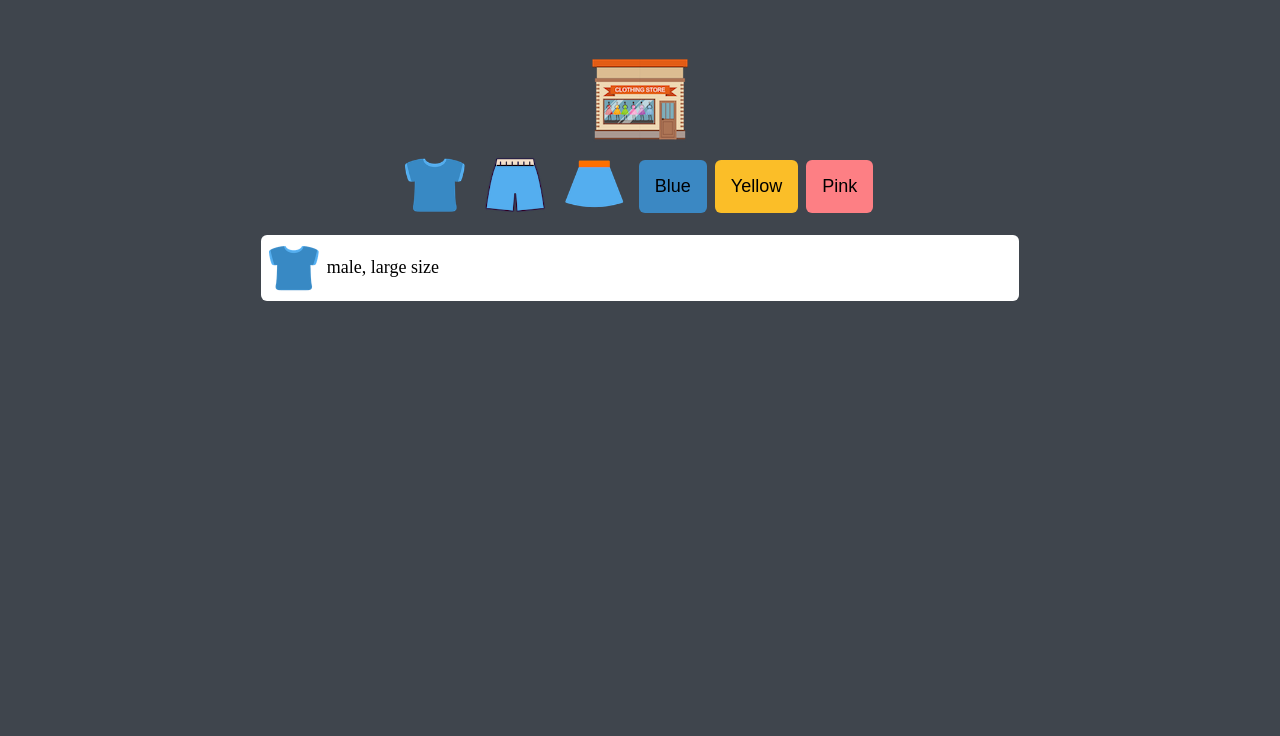
Repository: keehoonjung/Shoppingmall-Game
Page: index.html
These files come from the project's save history. The page is drawn as it stood at one moment and after the next save; the edit follows.
The browser window is 1280 px wide. The pictures show the whole page.
An inner scrolling area shows only its first screen.

Above is the page before, as saved 2021-08-12 20:22:43.

### index.html
<!DOCTYPE html>
<html lang="en">
<head>
    <meta charset="UTF-8">
    <meta http-equiv="X-UA-Compatible" content="IE=edge">
    <meta name="viewport" content="width=device-width, initial-scale=1.0">
    <title>Shoppingamll Game</title>
    <link rel="stylesheet" href="style.css">
    <script src="main.js" defer></script>
</head>
<body>
    <!-- Logo -->
    <img src="./img/logo.png" alt="header" class="logo" />

    <!-- buttons -->
    <section class="buttons">
        <button class="button">
            <img src="./img/blue_t.png" alt="shirt" class="imgBtn">
        </button>
        <button class="button">
            <img src="./img/blue_p.png" alt="pants" class="imgBtn">
        </button>
        <button class="button">
            <img src="./img/blue_s.png" alt="" class="imgBtn">
        </button>
        <button class="button colorBtn blue">
            Blue
        </button>
        <button class="button colorBtn yellow">
            Yellow
        </button>
        <button class="button colorBtn pink">
            Pink
        </button>
    </section>

    <!-- items -->
    <ul class="items">
        <li class="item" data-type="shirt" data-color="blue">
            <img src="./img/blue_t.png" alt="blueshirt" class="item__thumbnail">
            <span class="item__description">male, large size</span>
        </li>
    </ul>
</body>
</html>

### style.css
:root {
  /* color */
  --color-white: #ffffff;
  --color-dark-grey: #3f454d;
  --color-blue: #3b88c3;
  --color-orange: #fbbe28;
  --color-pink: #fd7f84;

  /* size */
  --size-button: 60px;
  --size-thumbnail: 50px;
  --font-size: 18px;
  --base-space: 8px;
  --border-size: 6px;

  /* animatione */
  --animation-duration: 300ms;
}

body {
  height: 100vh;
  background-color: var(--color-dark-grey);
  display: flex;
  flex-direction: column;
  justify-content: center;
  align-items: center;
}

.logo {
  cursor: pointer;
  transition: transform var(--animation-duration) ease-in;
}

.buttons {
  display: flex;
  align-items: center;
  justify-content: center;
}

.button {
  outline: none;
  border: none;
  background-color: transparent;
  margin-right: var(--base-space);
  border-radius: var(--border-size);
  cursor: pointer;
  transition: transform var(--animation-duration) ease-in;
}

.header__logo:hover,
.button:hover {
  transform: scale(1.1);
}

.imgBtn {
  width: var(--size-button);
}

.colorBtn {
  font-size: var(--font-size);
  padding: calc(var(--base-space) * 2);
}

.blue {
  background-color: var(--color-blue);
}

.yellow {
  background-color: var(--color-orange);
}

.pink {
  background-color: var(--color-pink);
}

.items {
  overflow-y: auto;
  width: 60%;
  height: 60%;
  padding-left: 0;
  list-style: none;
}

.item {
  background-color: var(--color-white);
  display: flex;
  align-items: center;
  margin-bottom: var(--base-space);
  border-radius: var(--border-size);
  padding: var(--base-space);
}

.item__thumbnail {
  width: var(--size-thumbnail);
  height: var(--size-thumbnail);
}

.item__description {
  margin-left: var(--base-space);
  font-size: var(--font-size);
}

### main.js
"use strtict";

const itemList = document.querySelector(".items");

function loadItems() {
  return fetch("./data/data.json") //
    .then((response) => response.json())
    .then((json) => json.items);
}

function displayItems(items) {
  items.forEach((item) => {
    const list = document.createElement("li");
    list.setAttribute("class", "item");
    list.innerHTML = `
        <img src=${item.img} alt="blueshirt" class="item__thumbnail">
        <span class="item__description">${item.gender}, ${item.size} size</span>
        `;
  });
}

// main()
loadItems() //
  .then((items) => {
    displayItems(items);
  })
  .catch(console.log);

### data/data.json
{
    "items" : [
        {
            "type": "tshirt",
            "color" : "blue",
            "size" : "large",
            "gender" : "female",
            "img" : "./img/blue_t.png"
        },
        {
            "type": "pants",
            "color" : "blue",
            "size" : "large",
            "gender" : "female",
            "img" : "./img/blue_p.png"
        },
        {
            "type": "pants",
            "color" : "blue",
            "size" : "small",
            "gender" : "male",
            "img" : "./img/blue_p.png"
        },
        {
            "type": "skirt",
            "color" : "blue",
            "size" : "small",
            "gender" : "male",
            "img" : "./img/blue_s.png"
        },
        {
            "type": "tshirt",
            "color" : "pink",
            "size" : "large",
            "gender" : "female",
            "img" : "./img/pink_t.png"
        },
        {
            "type": "pants",
            "color" : "pink",
            "size" : "small",
            "gender" : "male",
            "img" : "./img/pink_p.png"
        },
        {
            "type": "pants",
            "color" : "pink",
            "size" : "large",
            "gender" : "female",
            "img" : "./img/pink_p.png"
        },
        {
            "type": "skirt",
            "color" : "pink",
            "size" : "small",
            "gender" : "male",
            "img" : "./img/pink_s.png"
        },
        {
            "type": "tshirt",
            "color" : "yellow",
            "size" : "large",
            "gender" : "female",
            "img" : "./img/yellow_t.png"
        },
        {
            "type": "pants",
            "color" : "yellow",
            "size" : "small",
            "gender" : "male",
            "img" : "./img/yellow_p.png"
        },
        {
            "type": "pants",
            "color" : "yellow",
            "size" : "large",
            "gender" : "female",
            "img" : "./img/yellow_p.png"
        },
        {
            "type": "skirt",
            "color" : "yellow",
            "size" : "small",
            "gender" : "male",
            "img" : "./img/yellow_s.png"
        }
    ]
}

After the next save:
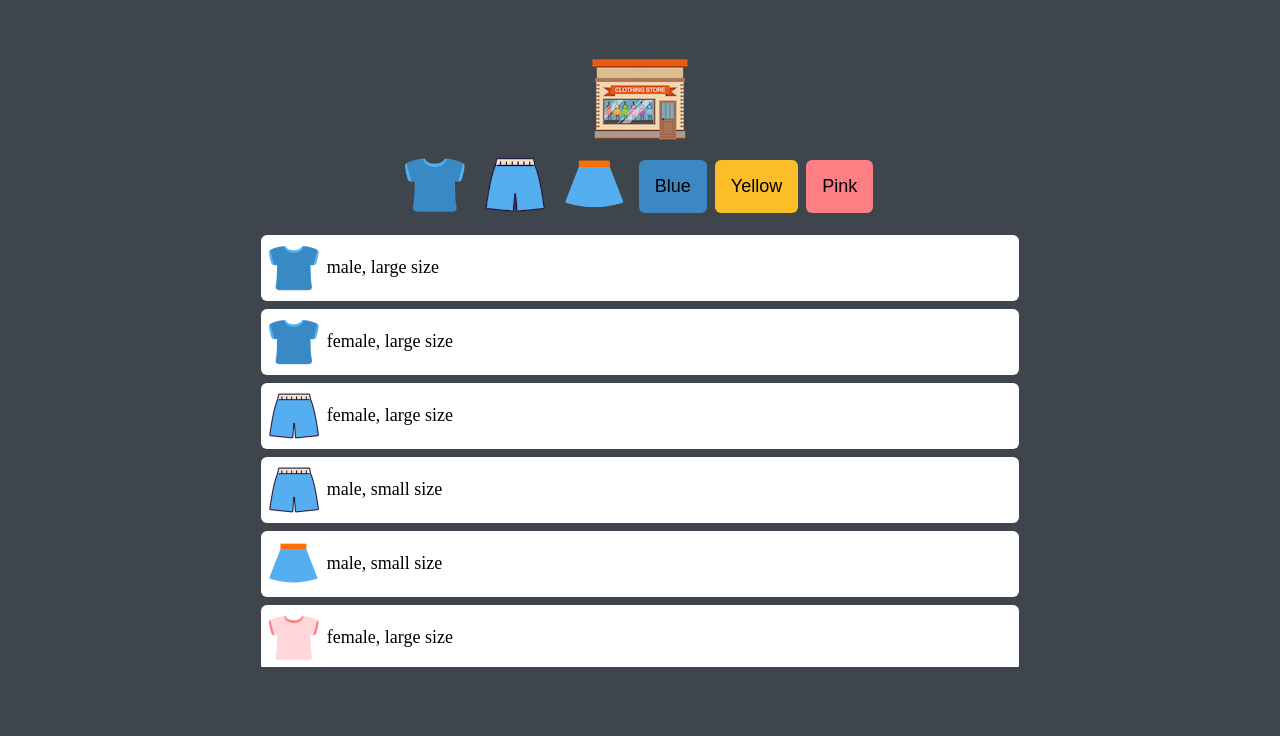
Saved 18 s later.
--- a/main.js
+++ b/main.js
@@ -16,6 +16,7 @@ function displayItems(items) {
         <img src=${item.img} alt="blueshirt" class="item__thumbnail">
         <span class="item__description">${item.gender}, ${item.size} size</span>
         `;
+    itemList.appendChild(list);
   });
 }
 
